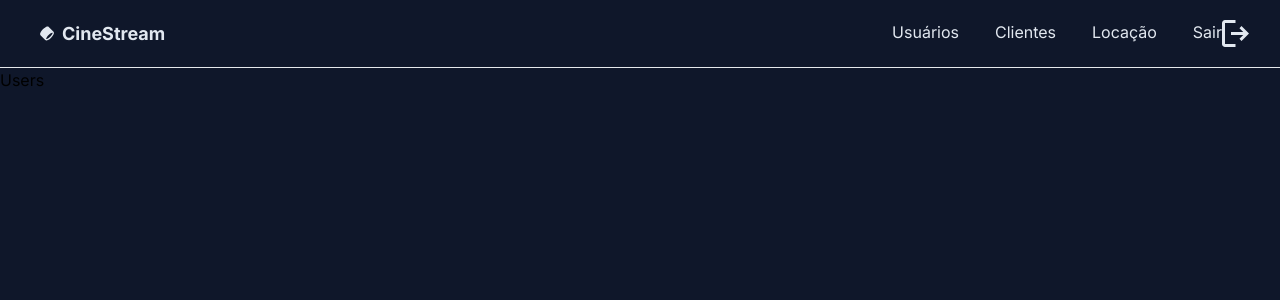
Repository: GabrielMA0/CineStream
Page: /users
An editor plug-in stored every save of this project. The page is shown before and after the next save, followed by the edit.
The browser window is 1280 px wide. The pictures show the whole page.
The project was rebuilt for these pictures with package versions that can differ from the ones it lists, and the page was loaded fresh each time. Also part of the build but not shown: vite.config.ts, src/components/atoms/Button.vue, src/components/atoms/Alert.vue, src/components/atoms/Label.vue, src/components/atoms/Input.vue, src/components/atoms/ErrorMessage.vue, src/components/molecules/InputField.vue, src/components/organisms/Forms/LoginForm.vue and 3 more.

Above is the page before, as saved 2025-07-23 14:55:12.

After the next save:
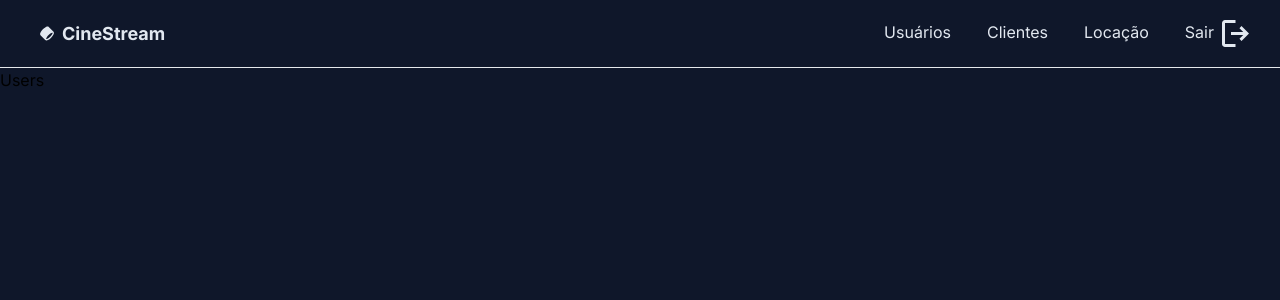
Saved 12 s later.
--- a/src/components/atoms/Link.vue
+++ b/src/components/atoms/Link.vue
@@ -10,7 +10,7 @@
             <slot></slot>
         </router-link>
 
-        <span class="flex" v-else>
+        <span class="flex gap-2" v-else>
             <slot class="w-[18px]"></slot>
         </span>
     </span>
